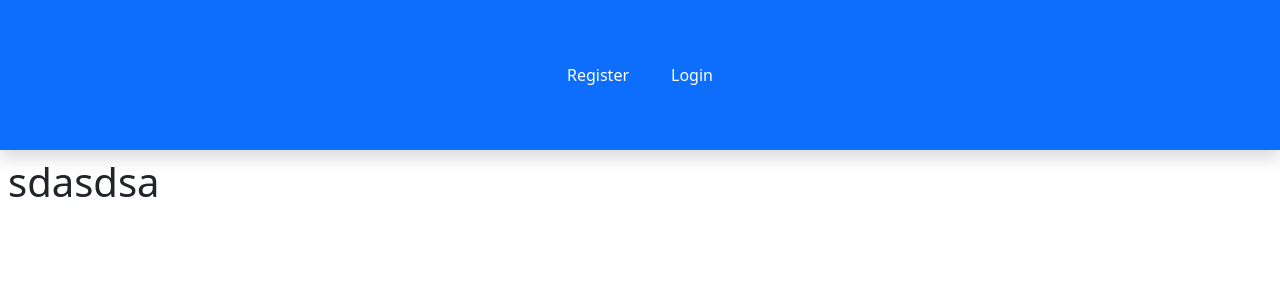
Repository: loveleii/firebase-login-logout
Page: /
The author's editor kept a copy of each file at every save. The page is drawn from the files as they stood at one save, then again after the next save.
The browser window is 1280 px wide. The pictures show the whole page.
The project was rebuilt for these pictures with package versions that can differ from the ones it lists, and the page was loaded fresh each time. Also part of the build but not shown: vite.config.ts, src/views/loginView.vue, src/assets/main.css.

Above is the page before, as saved 2023-03-04 19:29:38.

After the next save:
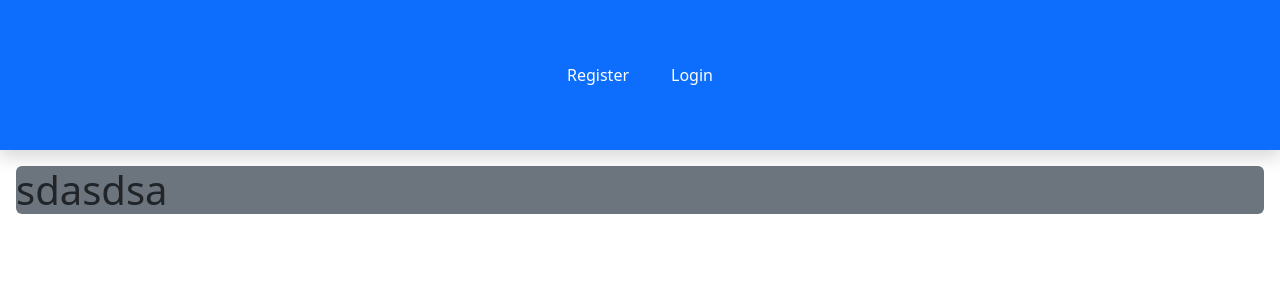
Saved 8 s later.
--- a/src/App.vue
+++ b/src/App.vue
@@ -14,7 +14,7 @@ import { RouterLink, RouterView } from 'vue-router'
             </div>
         </header>
     </div>
-    <div class="center-container m-2">
+    <div class="center-container m-3 rounded bg-secondary">
       <RouterView />
     </div>
 
